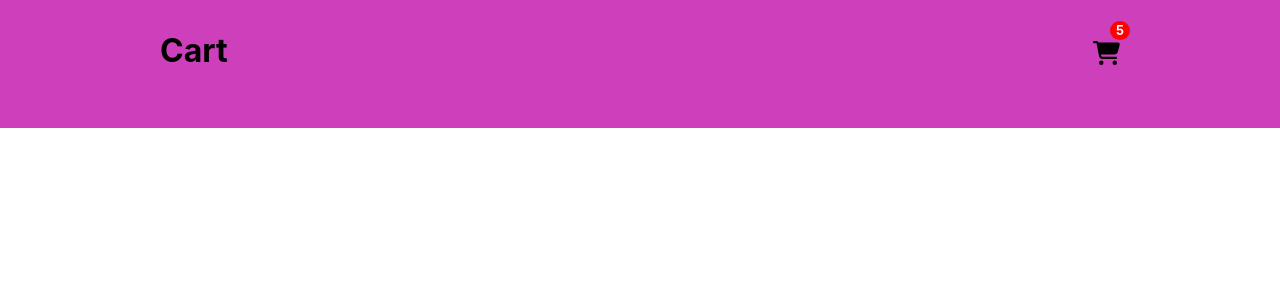
Repository: sriram1224/Cart-react-app
Page: /
An editor plug-in stored every save of this project. The page is shown before and after the next save, followed by the edit.
The browser window is 1280 px wide. The pictures show the whole page.
The project was rebuilt for these pictures with package versions that can differ from the ones it lists, and the page was loaded fresh each time.

Above is the page before, as saved 2024-03-12 13:51:42.

After the next save:
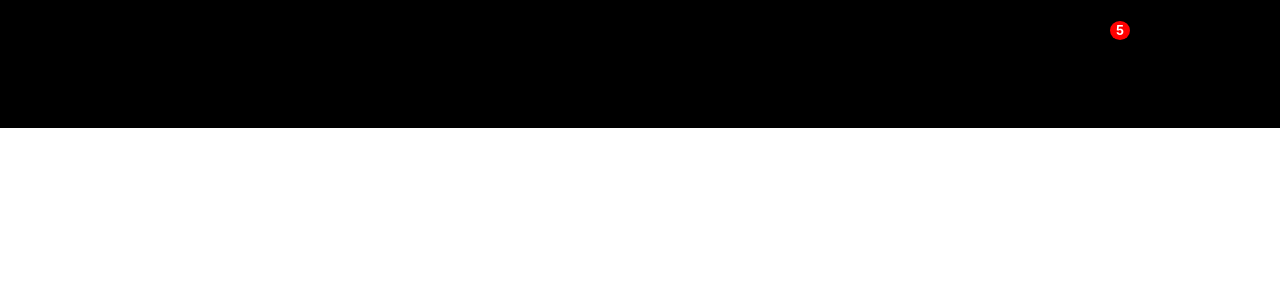
Saved 22 s later.
--- a/src/Components/Navbar.css
+++ b/src/Components/Navbar.css
@@ -38,5 +38,5 @@ text-align: center;
 .nav-container{
     width: 100%;
     height: 8rem;
-    background-color:rgb(206, 63, 187)
+    background-color:rgb(0, 0, 0)
 }
